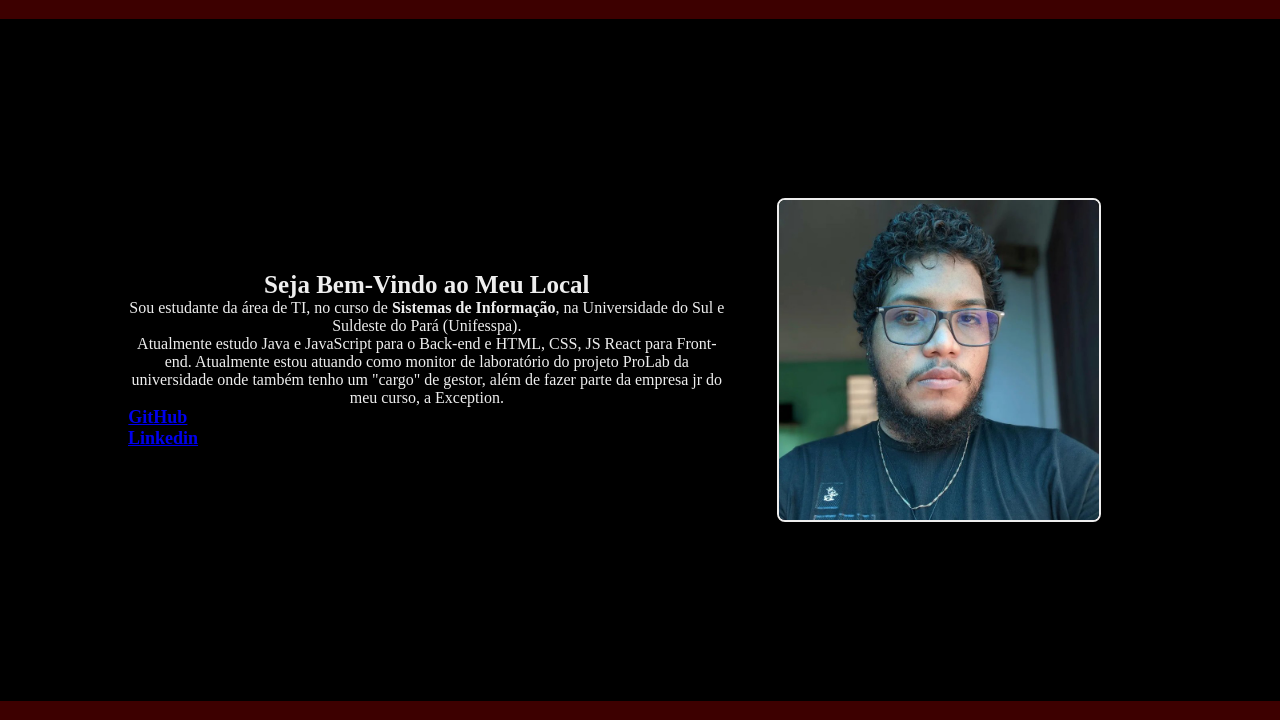
Repository: ramoncbarbosa/Web1_Atividade2
Page: index.html
The author's editor kept a copy of each file at every save. The page is drawn from the files as they stood at one save, then again after the next save.
The browser window is 1280 px wide. The pictures show the whole page.

Above is the page before, as saved 2023-06-09 14:22:17.

After the next save:
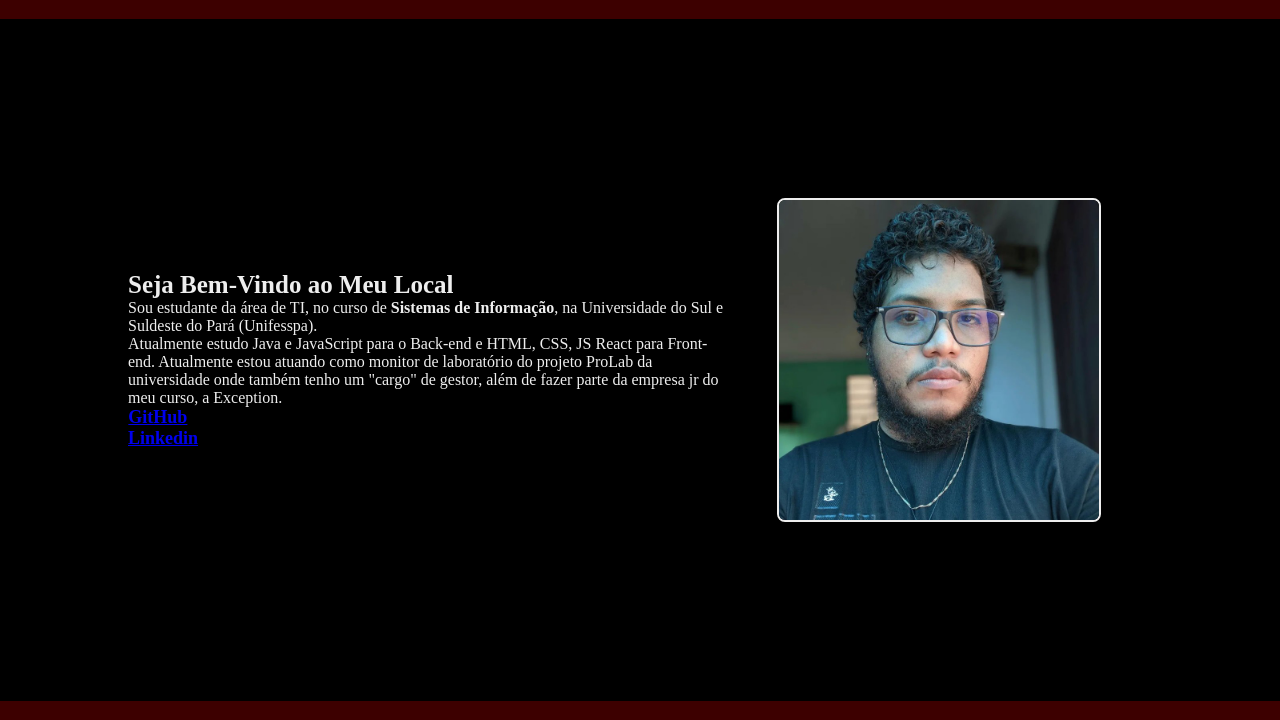
Saved 50 s later.
--- a/styles/styles.css
+++ b/styles/styles.css
@@ -48,7 +48,7 @@ body {
     width: 100%;
     justify-content: flex-start;
     align-items: center;
-    text-align: center;
+    text-align: start;
     color: var(--cor-dois);
 
 }
